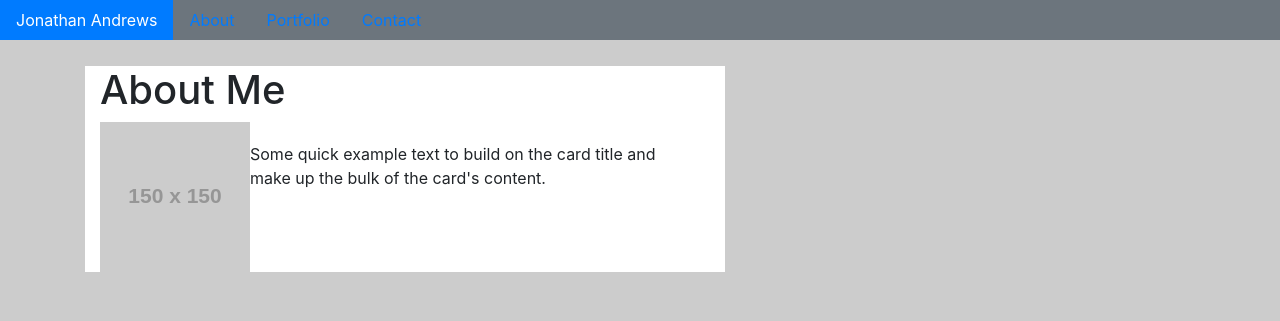
Repository: ionathas78/ionathas78.github.io
Page: index.html
An editor plug-in stored every save of this project. The page is shown before and after a run of saves, followed by the edit.
The browser window is 1280 px wide. The pictures show the whole page.

Above is the page before, as saved 2020-03-14 20:58:10.

After the next 2 saves:
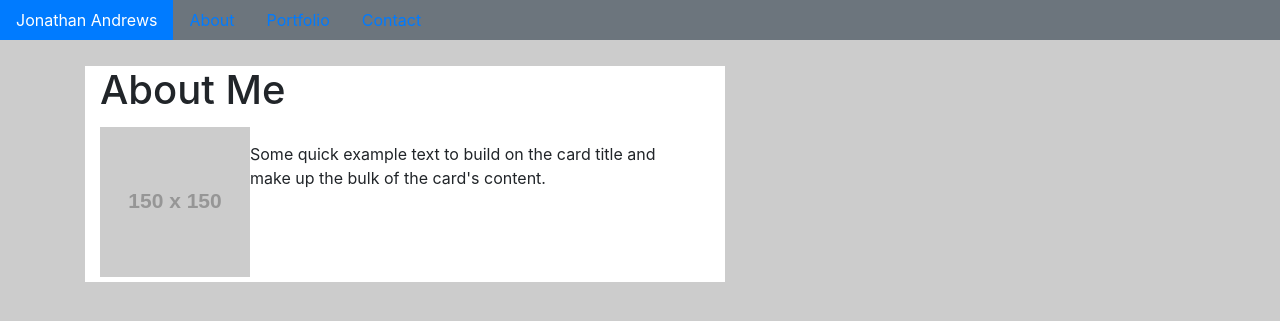
The 2 saves are shown as one change because they came seconds apart.
The last was saved 46 s later.
--- a/index.html
+++ b/index.html
@@ -30,7 +30,7 @@
             <div class="col-lg-4">
                 <div class="container clearfix" style="width: 50vw; max width: 900px; background-color: white; margin-top: 2vw;">
                     <h1>About Me</Menu></h1>
-                    <img src="https://via.placeholder.com/150" class="float-left" alt="My Index Pic">
+                    <img src="https://via.placeholder.com/150" class="float-left" alt="My Index Pic" style="margin: 5px 0;">
                         <div class="card-body">
                       <p>Some quick example text to build on the card title and make up the bulk of the card's content.</p>
                     </div>
